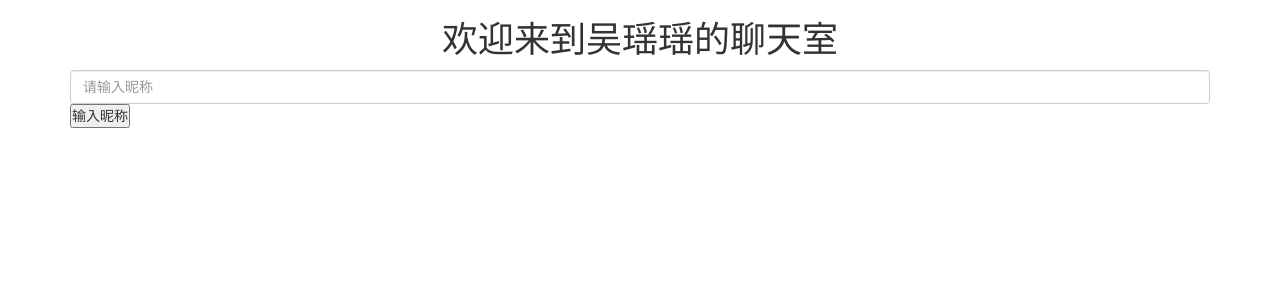
Repository: wyy511/node-socket.io
Page: client.html
These files come from the project's save history. The page is drawn as it stood at one moment and after the next save; the edit follows.
The browser window is 1280 px wide. The pictures show the whole page.
The page's requests for data from a server got no answer. Some web libraries are served in a nearby version.

Above is the page before, as saved 2019-11-20 23:35:58.
Console error (its wording comes from the project's code and is left out).

### client.html
<!DOCTYPE html>
<html lang="en">
<head>
  <meta charset="UTF-8">
  <meta name="viewport" content="width=device-width, initial-scale=1.0">
  <meta http-equiv="X-UA-Compatible" content="ie=edge">
  <title>吴瑶瑶的聊天室</title>
  <style>
    *{
      margin: 0;
      padding: 0;
    }
    .title {
      text-align: center;
    }
    #msgBox {
      display: none;
    }
  </style>
  <!-- 最新版本的 Bootstrap 核心 CSS 文件 -->
<link rel="stylesheet" href="https://cdn.jsdelivr.net/npm/bootstrap@3.3.7/dist/css/bootstrap.min.css" integrity="sha384-BVYiiSIFeK1dGmJRAkycuHAHRg32OmUcww7on3RYdg4Va+PmSTsz/K68vbdEjh4u" crossorigin="anonymous">
<!-- 最新的 Bootstrap 核心 JavaScript 文件 -->
<script src="https://cdn.jsdelivr.net/npm/bootstrap@3.3.7/dist/js/bootstrap.min.js" integrity="sha384-Tc5IQib027qvyjSMfHjOMaLkfuWVxZxUPnCJA7l2mCWNIpG9mGCD8wGNIcPD7Txa" crossorigin="anonymous"></script>
</head>
<body>
  <div class="container">
    <header>
      <h1 class="title">欢迎来到吴瑶瑶的聊天室</h1>
    </header>
    <div>
      <div id="nameBox">
        <input id="name" class="form-control" type="text" placeholder="请输入昵称">
        <button id="nameBtn">输入昵称</button>
      </div>
      <div id="msgBox">
        <input id="msg" onkeydown="enterChart(event)" />
        <button id="msgBtn" onclick="sendChart()">发送内容</button>
      </div>
    </div>
    <footer></footer>
  </div>
  <script type="text/javascript" src="https://cdn.bootcss.com/socket.io/2.3.0/socket.io.js"></script>
  <script type="text/javascript">
    var socket = io.connect('ws://172.19.162.86:3000');
    var name = '';
    var userId = '';
    const msgBtn = document.getElementById('msgBtn');
    const msgEl = document.getElementById('msg');
    const nameBtn = document.getElementById('nameBtn');
    const nameEl = document.getElementById('name');
    const msgBox = document.getElementById('msgBox');
    const nameBox = document.getElementById('nameBox');
    nameBtn.onclick = () => {
      const val = nameEl.value;
      if (!val) return;
      name = val;
      socket.emit('changeName', name);
      nameEl.value = '';
      nameBox.style.display = 'none';
      msgBox.style.display = 'block';
    }
    // 如果客户端监听到socket消息，那么执行这个方法里的回调，且得到广播的消息
    socket.on("changeName", data => {
      console.log(data)
      var p = document.createElement("p");
      userId = data.userId;
      p.innerText = data.msg;
      document.body.appendChild(p);
    })
    function enterChart (e) {
      if (e.keyCode === 13) {
        sendChart();
      }
    }
    function sendChart () {
      const val = msgEl.value;
      if (!val) return;
      msgEl.value = '';
      socket.emit('chat', {
        userId,
        name,
        msg: val
      });
    }
    // 如果客户端监听到socket消息，那么执行这个方法里的回调，且得到广播的消息
    socket.on("chat", (data) => {
      var p = document.createElement("p");
      p.innerText = data.msg;
      document.body.appendChild(p);
    })
  </script>
</body>
</html>

After the next save:
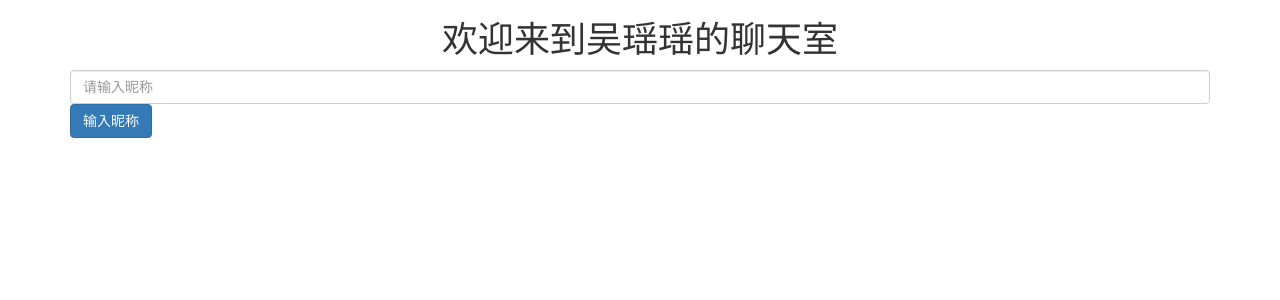
Saved 109 s later.
--- a/client.html
+++ b/client.html
@@ -30,7 +30,7 @@
     <div>
       <div id="nameBox">
         <input id="name" class="form-control" type="text" placeholder="请输入昵称">
-        <button id="nameBtn">输入昵称</button>
+        <button id="nameBtn" type="button" class="btn btn-primary">输入昵称</button>
       </div>
       <div id="msgBox">
         <input id="msg" onkeydown="enterChart(event)" />
